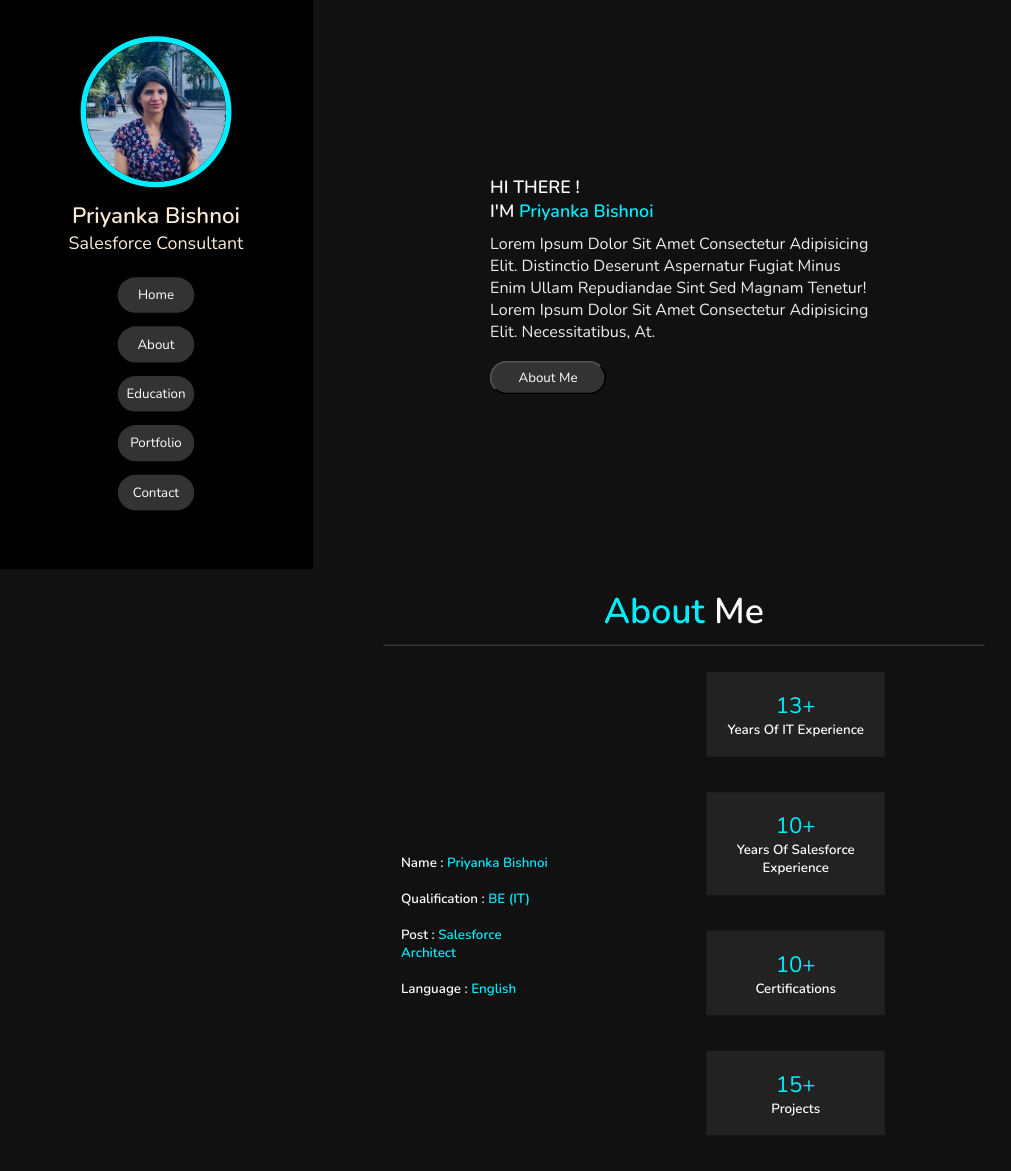
Repository: priyanka-bishnoi/PortfolioPage
Page: MyPage.html
An editor plug-in stored every save of this project. The page is shown before and after the next save, followed by the edit.
The browser window is 1280 px wide. The pictures show the whole page, at 79% of full size.

Above is the page before, as saved 2022-10-08 23:10:39.

### MyPage.html
<!DOCTYPE html>
<html>
<head>
    <link rel="stylesheet" href="css/style.css">

</head>
<body>
<header>
    <div class= "user">
        <img src="Background1.jpg"/>
        <h1 class="name" >Priyanka Bishnoi</h1>
        <p class="post" >Salesforce Consultant</p>
    </div>

    <nav class="navBar">
        <ul>
            <li> <a href="#home">Home</a></li>
            <li> <a href="#about">About</a></li>
            <li> <a href="#education">Education</a></li>
            <li> <a href="#portfolio">Portfolio</a></li>
            <li> <a href="#contact">Contact</a></li>

        </ul>


    </nav>


</header>

<!-- Home-->

<section class="home" id="home">

    <h3>HI THERE !</h3>
    <h1>I'M <span>Priyanka Bishnoi</span></h1>
    <p>Lorem ipsum dolor sit amet consectetur adipisicing elit. Distinctio deserunt aspernatur fugiat minus enim ullam repudiandae sint sed magnam tenetur! Lorem ipsum dolor sit amet consectetur adipisicing elit. Necessitatibus, at.
    </p>
    <a href="#about"><button class="btn">about me </button></a>


</section>

<section class="about" id="about">
<h1 class="heading"> <span>About </span>Me</h1>

<div class="row">
    <div class="info">
        <h3>  name : <span> priyanka bishnoi </span></h3>
        <h3> qualification :  <span> BE (IT) </span> </h3>
        <h3>  post : <span>Salesforce Architect </span>  </h3>
        <h3> language :<span> English  </span>  </h3>
    </div>

    <div class="counter">
        <div class="box">
            <span>13+</span>
            <h3>years of IT experience</h3>
        </div>

        <div class="box">
            <span>10+</span>
            <h3>years of Salesforce Experience</h3>
        </div>

        <div class="box">
            <span>10+</span>
            <h3>Certifications</h3>
        </div>

        <div class="box">
            <span>15+</span>
            <h3>Projects</h3>
        </div>
    </div>
</div>



</section>

</body>
</html>

### css/style.css
@import url('https://fonts.googleapis.com/css2?family=Nunito:wght@200;300;400;600&display=swap');
:root{
    --orange:rgb(0, 238, 255);
}
*{
    font-family: 'Nunito', sans-serif;
    margin:0;
    padding:0;
    box-sizing:border-box;
    text-decoration:none;
    text-transform:capitalize;
    transition:all .2s linear;
}
html {
    font-size:70.5%;
    overflow-x:hidden;
}
body{
    background:#111;
    overflow-x: hidden;
    padding-left: 40rem;
}

section{
    min-height: 100vh;
    padding:1rem;
}

.btn{
    padding:.7rem 3rem;
    background:#333;
    color:#fff;
    cursor: pointer;
    margin-top: 1rem;
    font-size: 1.5rem;
    border-radius: 5rem;
}

.btn:hover{
    background:var(--orange);
}

.heading{
    text-align: center;
    margin:0 2rem;
    font-size: 4rem;
    padding:1rem;
    border-bottom: .1rem solid #fff4;
    color:#fff;
}

.heading span{
    color:var(--orange);
}

header {
    position:fixed;
    top:0; left:0;
    z-index:1000;
    height:100%;
    width:35rem;
    background:black;
    display:flex;
    align-items: center;
    justify-content: center;
    flex-flow: column;
    text-align: center;
}

header .user img {
    height: 17rem;
    width: 17rem;
    border-radius: 50%;
    object-fit: cover;
    margin-bottom: 1rem;
    border: 0.7rem solid var(--orange);
}
header .user .name {
    font-size: 2.5rem;
    color: antiquewhite;
}
header .user .post{
    font-size: 2rem;
    color: antiquewhite;
}

header .navBar {
    font-size : 2rem;
}
header .navBar ul{
    list-style: none;
    padding:1rem 2rem;
}
header .navBar ul li a{
    display: block;
    padding:1rem;
    margin:1.5rem 0;
    background:#333;
    color:#fff;
    font-size: 1.5rem;
    border-radius: 5rem;
}

header .navBar ul li a:hover{
    background:rgb(0, 238, 255);
}


.home{
    display: flex;
    justify-content: center;
    flex-flow: column;
    padding:0 15rem;
}

.home h3{
    font-size: 2rem;
    color:#fff;
}

.home h1{
    font-size:2rem;
    color:#fff;
}

.home h1 span{
    color:var(--orange);
}

.home p{
    font-size:1.8rem;
    color:#eee;
    padding: 1rem 0;
}

.about {
 color:white;
}
.about .row {
    display: flex;
    justify-content: flex-start;
    flex-wrap: nowrap;
    padding: 1rem 0;
    flex-direction: row;
    align-content: space-around;
    align-items: center;
}
.about .row .info {

    display: block;
    justify-content: center;
    padding-left: 1rem;
    padding-top: 5rem;
    padding-right: 1rem;
    margin: 0 1rem;
    font-size: 1.5rem;

}
.about h3 span{
    color:var(--orange);
}
.about .row .info h3 {

    display: block;
    justify-content: center;
    padding: 1rem;
    margin: 0 1rem;
    font-size: 1.5rem;

}
.about .row .counter{
    flex:1 1 48rem;
    display: flex;
    justify-content: center;
    flex-wrap: wrap;
}

.about .row .counter{
    flex:1 1 48rem;
    display: flex;
    justify-content: center;
    flex-wrap: wrap;
}

.about .row .counter .box{
    width:20rem;
    background:#222;
    text-align: center;
    padding: 2rem;
    margin:2rem;
}

.about .row .counter .box span{
    font-size: 2.5rem;
    color:var(--orange);
}

.about .row .counter .box h3{
    font-size: 1.5rem;
    color:#fff;
}

After the next save:
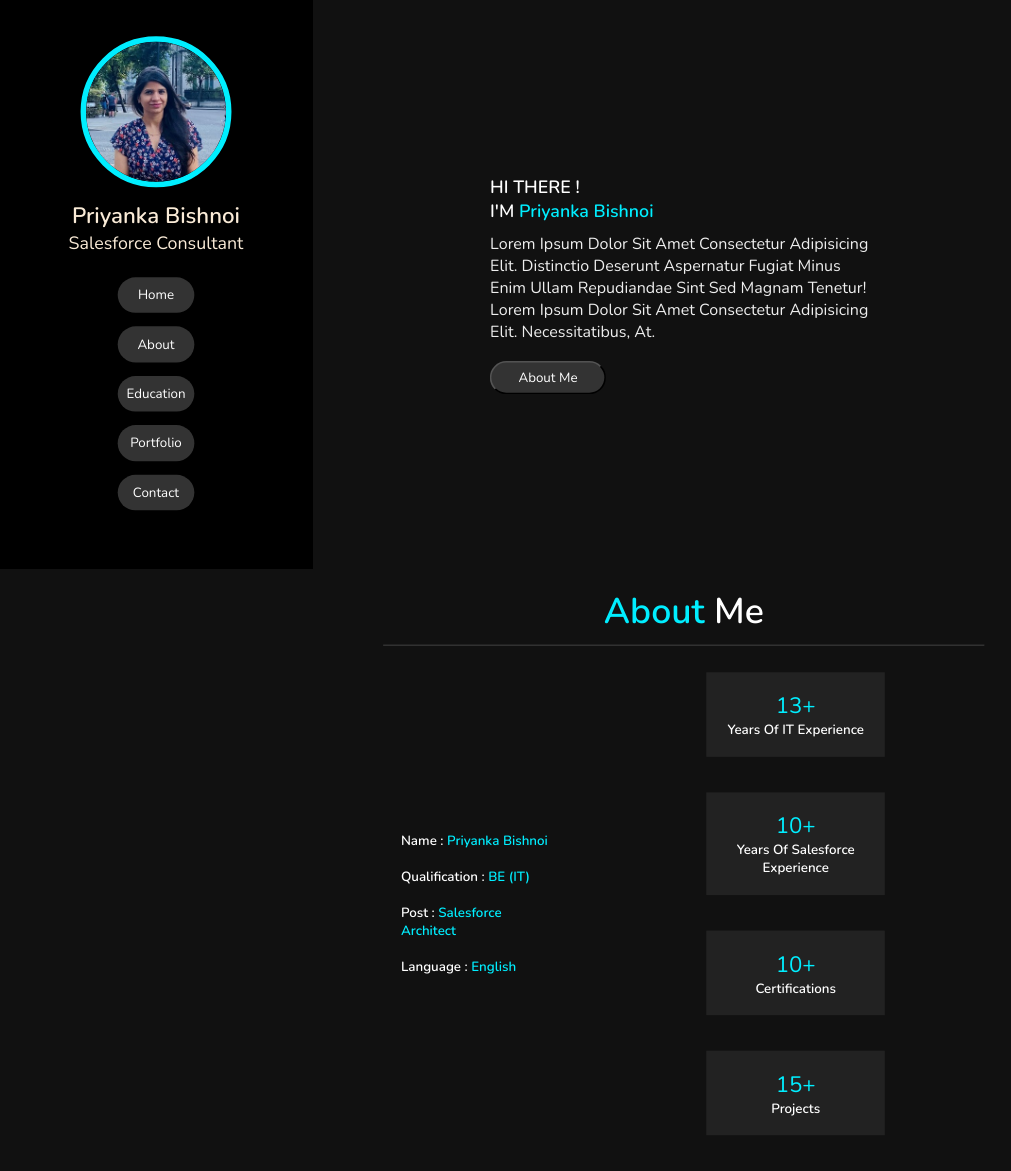
Saved 5 min 23 s later.
--- a/css/style.css
+++ b/css/style.css
@@ -150,7 +150,7 @@ header .navBar ul li a:hover{
     display: block;
     justify-content: center;
     padding-left: 1rem;
-    padding-top: 5rem;
+    padding-top: 0rem;
     padding-right: 1rem;
     margin: 0 1rem;
     font-size: 1.5rem;
